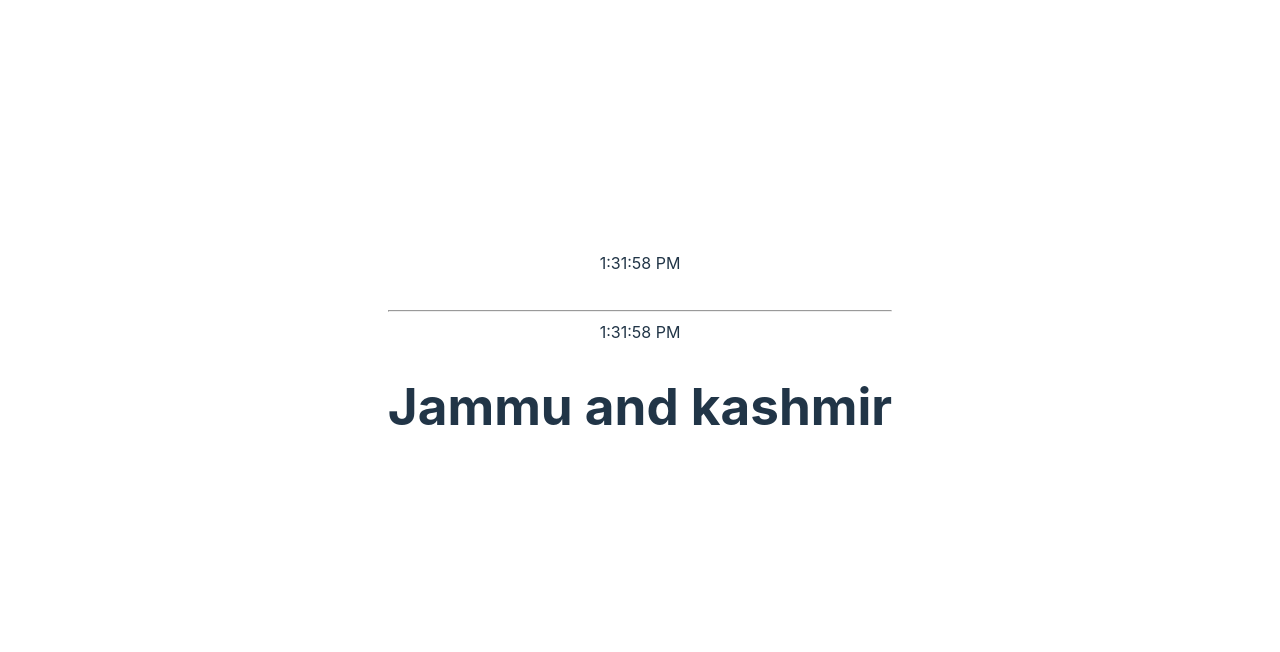
Repository: FARMAN9/inputdata-useRef-and-useEffect
Page: /
The author's editor kept a copy of each file at every save. The page is drawn from the files as they stood at one save, then again after a run of saves.
The browser window is 1280 px wide. The pictures show the whole page.
The project was rebuilt for these pictures with package versions that can differ from the ones it lists, and the page was loaded fresh each time. Also part of the build but not shown: vite.config.js.

Above is the page before, as saved 2025-01-13 12:47:44.

### src/App.jsx
import { useEffect, useState, memo } from "react";
import reactLogo from "./assets/react.svg";
import viteLogo from "/vite.svg";
import "./App.css";
import Clock from "./components/Clock";

function App() {
  const [time, setTime] = useState(new Date());

  useEffect(() => {
    const timer = setInterval(() => {
      setTime(new Date());
    }, 3000);

    // Cleanup interval on component unmount
    console.log(timer);
    return () => clearInterval(timer);
  }, []);

  return (
    <>
      <Clock time={time} />
      <hr />
      <Clock time={time} state={"Jammu and kashmir"} />
    </>
  );
}

export default memo(App);

### src/components/Clock.jsx
import React, { useEffect, useState } from "react";
//import "./clock.css";

function Clock({ time, state }) {
  return (
    <>
      <div className="clock">{time.toLocaleTimeString()}</div>
      <h1>{state}</h1>
    </>
  );
}

export default Clock;

### src/components/clock.css
.clock {
  font-family: "Arial", sans-serif;
  font-size: 3.5rem;
  font-weight: 600;
  color: #2c3e50;
  background: linear-gradient(145deg, #f0f0f0, #ffffff);
  padding: 2rem 3rem;
  border-radius: 15px;
  box-shadow: 5px 5px 15px rgba(0, 0, 0, 0.1),
    -5px -5px 15px rgba(255, 255, 255, 0.8);
  display: inline-block;
  margin: 2rem;
  transition: all 0.3s ease;
}

.clock:hover {
  transform: translateY(-3px);
  box-shadow: 8px 8px 20px rgba(0, 0, 0, 0.12),
    -8px -8px 20px rgba(255, 255, 255, 0.9);
}

Loaded but not shown: index.html (common file); src/main.jsx (common file); src/index.css (common file); src/App.css (common file)

After the next 2 saves:
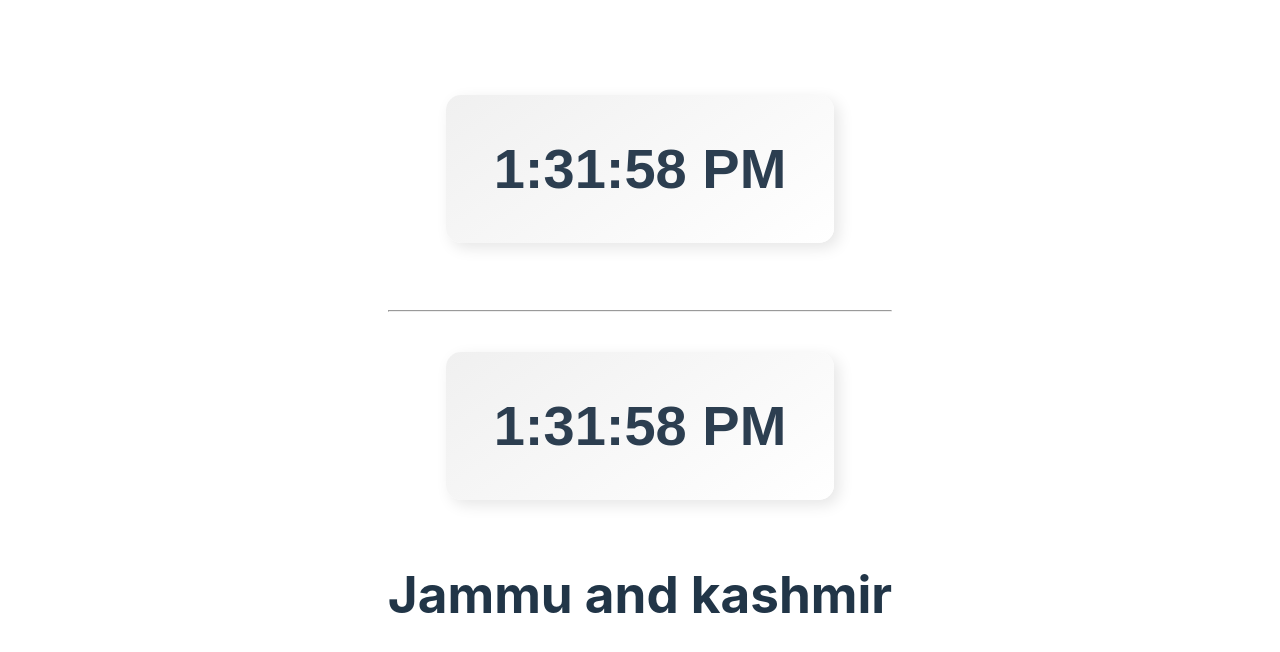
The 2 saves are shown as one change because they came seconds apart.
The last was saved 59 s later.
--- a/src/components/Clock.jsx
+++ b/src/components/Clock.jsx
@@ -1,5 +1,5 @@
 import React, { useEffect, useState } from "react";
-//import "./clock.css";
+import "./clock.css";
 
 function Clock({ time, state }) {
   return (
